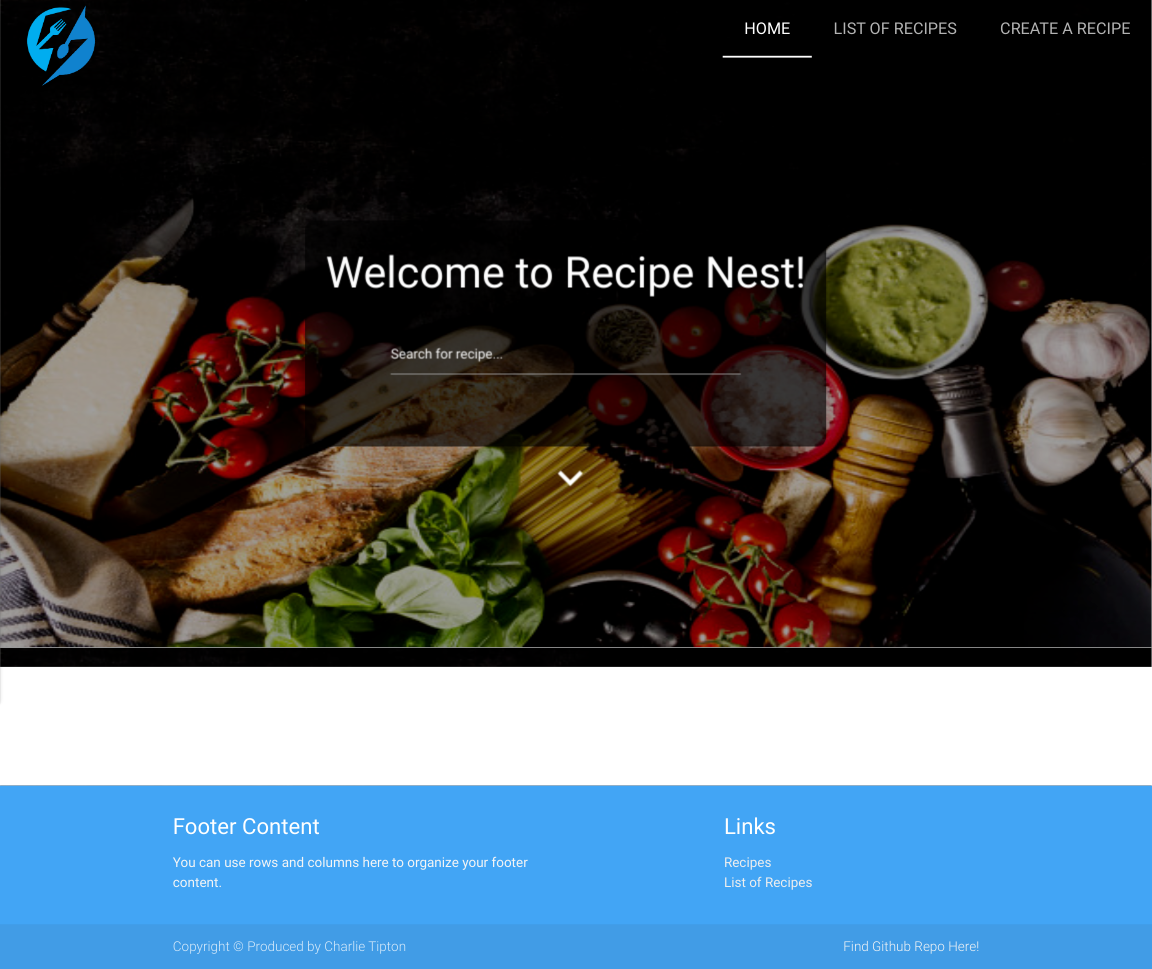
Repository: CharlieJT/Recipes
Page: http://localhost/
The author's editor kept a record of every edit. The page is drawn from the files as they stood at one moment, then again after the next edit.
The browser window is 1280 px wide. The pictures show the whole page, at 90% of full size.
Backgrounds fixed to the window are drawn as part of the page. Some web libraries are served in a nearby version. The page is served by the project's application, run on Flask 3 (app.py). Queries for data that is not in the repository find no rows.

Above is the page before.

### templates/index.html
{% extends 'base.html' %} {% block content %}


<div class="container-fluid main-image-container">
    <div class="opaque-background" />
    <div class="row">
        <div class="col main-recipe-images-column">
            <div class="main-recipe-images">
            </div>
        </div>
    </div>


    <div class="container-fluid title-container">
        <div class="row">
            <div class="col main-heading-column">
                <div class="row">
                    <div class="col s12">
                        <h1>Welcome to Recipe Nest!</h1>
                    </div>
                    <div class="container">
                        <div class="row">
                            <form class="col s12">
                                <div class="row search-bar-row">
                                    <div class="input-field col s12">
                                        <input id="search" type="text" class="validate">
                                        <label for="search">Search for recipe...</label>
                                    </div>
                                </div>
                            </form>
                        </div>
                    </div>
                </div>
            </div>
            <div class="col s12">
                <a class="down-arrow-link" href="#recipe-container">
                <i class="material-icons down-arrow">keyboard_arrow_down</i>
            </a>
            </div>
        </div>
    </div>


    <!-- Each Recipe Card -->

    <div id="recipe-container" class="container-fluid ">
        <div class="row">
            <div class="mostly-viewed-heading-column col">

            </div>

            {% for recipe in recipes %}
            <div class="col s12 m6 l4">
                <div class="card">
                    <div class="card-image waves-effect waves-block waves-light">
                        <img class="activator" src="{{recipe.recipe_image_url}}">
                    </div>
                    <div class="card-content">
                        <span class="card-title activator grey-text text-darken-4">{{recipe.recipe_name}}<i class="material-icons right">more_vert</i></span>
                        <button>View more recipes</button>
                    </div>
                    <div class="card-reveal">
                        <span class="card-title grey-text text-darken-4">{{recipe.recipe_name}}<i class="material-icons right">close</i></span>
                        <p>{{recipe.recipe_description}}</p>
                    </div>
                </div>
            </div>
            {% endfor %}
        </div>
    </div>

    {% endblock %}

### templates/base.html
<!DOCTYPE html>
<html>

<head>
    <!--Import Google Icon Font-->
    <link href="https://fonts.googleapis.com/icon?family=Material+Icons" rel="stylesheet">

    <!--Import materialize.css-->
    <link rel="stylesheet" href="https://cdnjs.cloudflare.com/ajax/libs/materialize/0.100.2/css/materialize.min.css">

    <!-- Exteral styles -->
    <link rel="stylesheet" href="{{url_for('static', filename='css/base.css')}}" type="text/css" />
    <link rel="stylesheet" href="{{url_for('static', filename='css/index.css')}}" type="text/css" />
    <link href="https://fonts.googleapis.com/icon?family=Material+Icons" rel="stylesheet">

    <!-- Favicon -->
    <link rel="icon" href="{{ url_for('static', filename='/images/favicon.ico') }}" type="image/x-icon" />

    <!--Let browser know website is optimized for mobile-->
    <meta name="viewport" content="width=device-width, initial-scale=1.0" />

    <title>Recipe Nest</title>
</head>

<body>
    <!-- Main Navbar -->
    <nav class="navbar-container N/A transparent">
        <div class="nav-wrapper">
            <a href="/" id="recipes-logo">
                <img class="recipe-logo-image" src="static/images/recipe-nest.png" alt="Recipes Logo"/>
            </a>
            <a href="#" data-activates="mobile-demo" class="button-collapse"><i class="material-icons">menu</i></a>
            <ul id="nav-mobile" class="right hide-on-med-and-down">
                <ul class="tabs tabs-transparent">
                    <li class="tab"><a class="active" href="#test1">Home</a></li>
                    <li class="tab"><a href="#test2">List of Recipes</a></li>
                    <li class="tab"><a href="#test3">Create a Recipe</a></li>
                </ul>
            </ul>
        </div>
    </nav>
    <ul class="side-nav" id="mobile-demo">
        <li class="tab"><a class="active" href="#test1">Home</a></li>
        <li class="tab"><a href="#test2">List of Recipes</a></li>
        <li class="tab"><a href="#test3">Create a Recipe</a></li>
    </ul>

    {% block content %} {% endblock %}

    <!-- Footer -->
    <footer class="page-footer blue lighten-1">
        <div class="container">
            <div class="row">
                <div class="col l6 s12">
                    <h5 class="white-text">Footer Content</h5>
                    <p class="grey-text text-lighten-4">You can use rows and columns here to organize your footer content.</p>
                </div>
                <div class="col l4 offset-l2 s12">
                    <h5 class="white-text">Links</h5>
                    <ul>
                        <li><a class="grey-text text-lighten-3" href="#!">Recipes</a></li>
                        <li><a class="grey-text text-lighten-3" href="#!">List of Recipes</a></li>
                    </ul>
                </div>
            </div>
        </div>
        <div class="footer-copyright">
            <div class="container">
                Copyright © Produced by Charlie Tipton
                <a class="grey-text text-lighten-4 right" href="https://github.com/CharlieJT/Repices" target="_blank">Find Github Repo Here!</a>
            </div>
        </div>
    </footer>

    <a href="#" class="to-top"></a>

    <script src="https://cdnjs.cloudflare.com/ajax/libs/jquery/3.2.1/jquery.min.js"></script>
    <script src="https://cdnjs.cloudflare.com/ajax/libs/materialize/0.100.2/js/materialize.min.js"></script>
    <script src="{{url_for('static', filename='js/script.js')}}"></script>
</body>

</html>

### app.py
import os
from flask import Flask, render_template, redirect, url_for, request
from flask_pymongo import PyMongo
from bson.objectid import ObjectId

app = Flask(__name__)

app.config["MONGO_DBNAME"] = 'myRecipes'
app.config['MONGO_URI'] = os.environ.get("MONGO_URI")

mongo = PyMongo(app)

@app.route('/')
@app.route('/index')
def index():
    return render_template('index.html', recipes=mongo.db.recipes.find())


if __name__ == '__main__':
    app.run(host=os.environ.get('IP'),
            port=int(os.environ.get('PORT')),
            debug=True)

### static/css/base.css
/* ---------- Home Page Cards ----------*/

.recipe-card {
    background-color: #fff;
    padding: 20px;
    margin: 2em 0;
    border-radius: 10px;
    text-align: center;
}

.recipe-image {
    display: flex;
    justify-content: center;
    width: 100%;
    border-radius: 10px;
    margin: auto;
}

.recipe-view-more-button {
    display: flex;
    justify-content: center;
    width: 100%;
}

/* ---------- Main Nav Bar ----------*/

.navbar-container {
    position: fixed;
    box-shadow: none;
    height: 64px;
    line-height: 64px;
    transition: background-color 0.3s ease-in, box-shadow 0.3s ease-in;
}

.logo-image {
    background: url(../images/main-logo-image.png);
}

#recipes-logo {
    float: right;
}

.recipe-logo-image {
    width: 80px;
    transition: width 0.15s ease-in;
    margin: 0 20px;
}

.brand-logo {
    right: 3 !important;
}

.tabs {
    height: 64px;
}

.tab a {
    font-size: 1.2em !important;
}

.tab {
    line-height: 64px !important;
}


@media only screen and (min-width: 992px) {
    #recipes-logo {
        float: left;
    }
}

### static/css/index.css
/* ---------- Main Image ----------*/

.title-container {
    display: flex;
    align-items: center;
    height: 100vh;
    color: #fff;
}

.main-heading-column {
    background-color: #000000a6;
    border-radius: 10px;
}

.title-container .row {
    opacity: 0;
    animation: FadeInGreeting 1.5s 1s forwards ease-in-out;
}

.title-container h1 {
    text-align: center;
    font-size: 3.2rem;
}

.down-arrow-link {
    color: white;
}

.down-arrow {
    display: flex !important;
    position: absolute;
    left: 49vw;
    right: 50vw;
    font-size: 3.7rem !important;
    justify-content: center;
    animation: scrollDown 0.4s alternate-reverse infinite ease-in-out;
}

.main-image-container {
    background: url(../images/recipe-nest-main-image.png) fixed center center no-repeat;
    height: 100%;
}

.main-recipe-images-column {
    padding: 0 !important;
}

main-recipe-images-column {
    height: 80vh;
}

.opaque-background {
    background-color: #00000061;
}

/* label color */

.input-field label {
    color: #fff;
}

/* label focus color */

.input-field input[type=text]:focus+label {
    color: #fff;
}

/* label underline focus color */

.input-field input[type=text]:focus {
    border-bottom: 1px solid #fff;
    box-shadow: 0 1px 0 0 #000;
}

/* valid color */

.input-field input[type=text].valid {
    border-bottom: 1px solid #fff;
    box-shadow: 0 1px 0 0 #fff;
}

/* invalid color */

.input-field input[type=text].invalid {
    border-bottom: 1px solid #fff;
    box-shadow: 0 1px 0 0 #fff;
}

/* label focus color */
 .input-field input:focus + label {
   color: #42a5f5 !important;
 }
 /* label underline focus color */
 .row .input-field input:focus {
   border-bottom: 1px solid #42a5f5 !important;
   box-shadow: 0 1px 0 0 #42a5f5 !important;
 }

.recipe-search-bar:focus {
    border-bottom: 1px solid #42a5f5 !important;
    -webkit-box-shadow: 0 1px 0 0 #26a69a !important;
    box-shadow: 0 1px 0 0 #42a5f5 !important;
}

/* ---------- Recipe Cards ----------*/

.mostly-viewed-heading-column {
    margin: 60px;
    margin: 5.5rem auto 3.2rem;
}

.mostly-viewed-heading-column h5 {
    text-align: center;
    max-width: 725px;
    margin: auto;
    border: 3px solid #42a5f5;
    border-radius: 25px;
    color: #fff;
    background: #000000a3;
    color: #fff;
    padding: 20px;
}

#recipe-container {
    background-color: #fff;
}

#recipe-container .row {
    margin: 0;
}

#recipe-container .col {
    padding: 0 2.75rem;
}

.card-title-spacer {
    display: flex;
    height: 120px;
}

.more-info {
    position: absolute;
}
@media only screen and (min-width: 1050px) {
    .main-image-container {
        background-size: 100%;
    }
}

@-webkit-keyframes scrollDown {
    from {
        margin-top: 0;
    }
    to {
        margin-top: 8px;
    }
}

@keyframes scrollDown {
    from {
        margin-top: 0;
    }
    to {
        margin-top: 8px;
    }
}

@-webkit-keyframes FadeInGreeting {
    from {
        opacity: 0;
    }
    to {
        opacity: 1;
    }
}

@keyframes FadeInGreeting {
    from {
        opacity: 0;
    }
    to {
        opacity: 1;
    }
}

### static/js/script.js
/*
Whatever code is written inside the JQuery ready method will run once the page Document Object Modal (DOM)
is ready to execute JavaScript code.
*/

$(document).ready(() => {
    // This is the jquery that gives the mobile burger icon the ability to toggle the mobile sidedrawer
    $('.button-collapse').sideNav();

    // Will check to see if the window has been scrolled 50px from the top
    $(window).scroll(() => {
        const joinedNATransparent = ['N/A', 'transparent'].join(' ');
        if ($(document).scrollTop() > 50) {
            $(".navbar-container").removeClass(joinedNATransparent).css('background-color', '#000000a3');
            $(".recipe-logo-image").css({ 'width': '66px', 'margin-top': '0px' });
            $('.to-top').css('opacity', '1');
        }
        else {
            $(".navbar-container").addClass(joinedNATransparent);
            $(".recipe-logo-image").css({ 'width': '95px', 'margin-top': '5px' });
            $('.to-top').css('opacity', '0');
        }
    });
});

After the next edit:
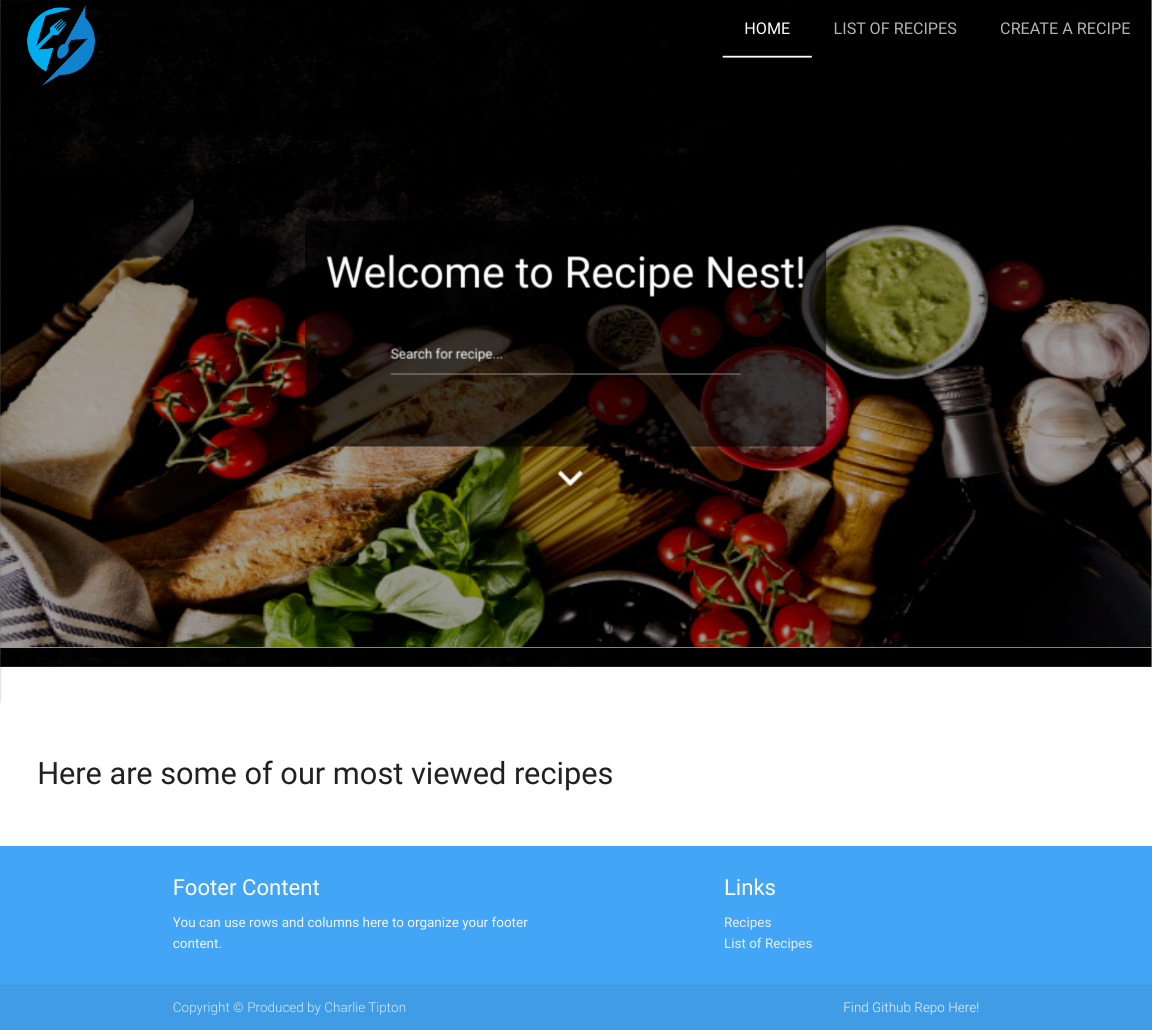
The edit:
--- a/templates/index.html
+++ b/templates/index.html
@@ -46,9 +46,8 @@
     <div id="recipe-container" class="container-fluid ">
         <div class="row">
             <div class="mostly-viewed-heading-column col">
-
+                <h4>Here are some of our most viewed recipes</h4>
             </div>
-
             {% for recipe in recipes %}
             <div class="col s12 m6 l4">
                 <div class="card">
